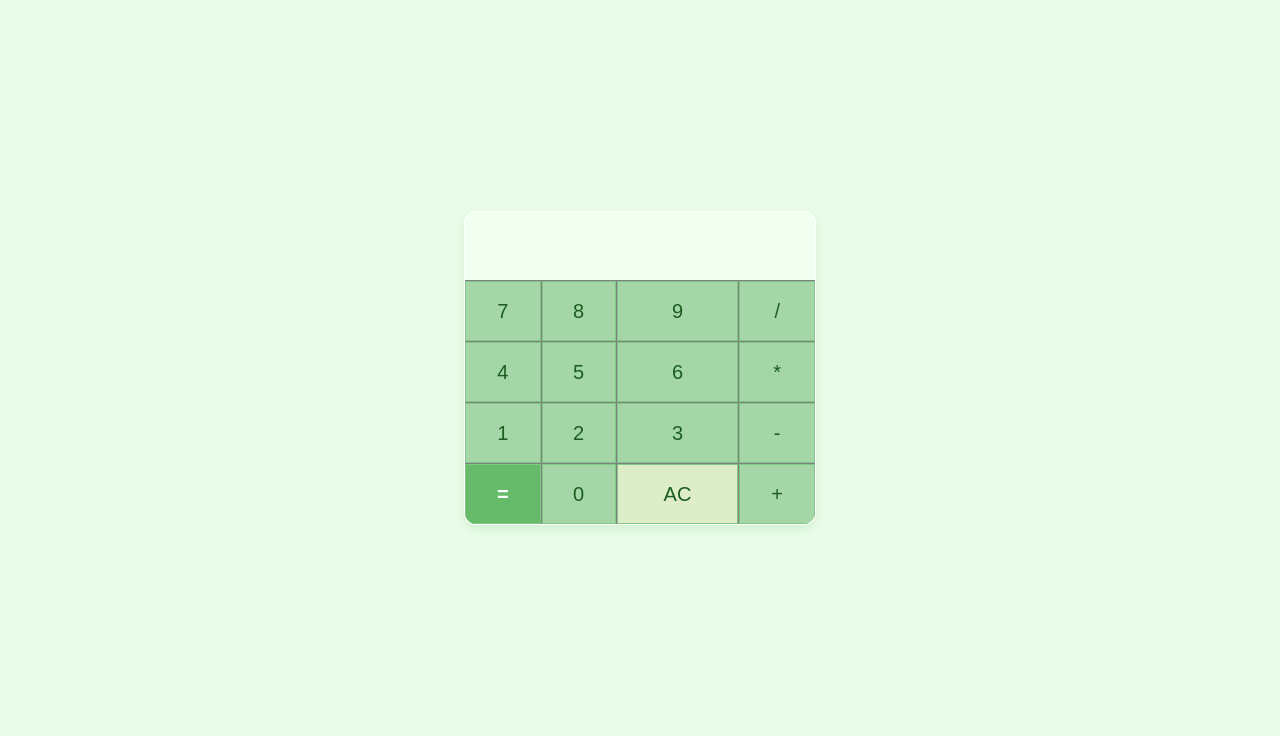
Repository: Yejin-source/st-work
Page: join/src/main/webapp/cal.html
These files come from the project's save history. The page is drawn as it stood at one moment and after the next save; the edit follows.
The browser window is 1280 px wide. The pictures show the whole page.

Above is the page before, as saved 2025-04-30 08:48:39.

### join/src/main/webapp/cal.html
<!DOCTYPE html>
<html>
<head>
<meta charset="UTF-8">
<title>Insert title here</title>
  <style>
    body {
      background-color: #e9fce9; /* 아주 연한 초록-민트 */
      font-family: 'Segoe UI', sans-serif;
      display: flex;
      justify-content: center;
      align-items: center;
      height: 100vh;
    }

    table {
      border-collapse: collapse;
      background-color: #ffffff;
      border-radius: 12px;
      box-shadow: 0 4px 10px rgba(0, 128, 0, 0.1);
      overflow: hidden;
    }

    input[type="text"] {
      width: 100%;
      padding: 20px;
      font-size: 24px;
      border: none;
      background-color: #f0fff0;
      text-align: right;
      color: #2e7d32;
    }

    td {
      padding: 0;
    }

    button {
      width: 100%;
      height: 60px;
      font-size: 20px;
      background-color: #a5d6a7; /* 밝은 연두 */
      border: 1px solid #81c784;
      color: #1b5e20;
      cursor: pointer;
      transition: 0.2s;
    }

    button:hover {
      background-color: #81c784; /* 좀 더 진한 연두 */
    }

    #equal {
      background-color: #66bb6a;
      color: white;
      font-weight: bold;
    }

    #equal:hover {
      background-color: #388e3c;
    }

    #back {
      background-color: #dcedc8;
    }

    #back:hover {
      background-color: #aed581;
    }
  </style>


</head>
<body>
	<table border="1">
		<tr>
			<td colspan="4"><input type="text" id="result"></td>
		</tr>
		<tr>
			<td><button type="button" id="seven">7</button></td>
			<td><button type="button" id="eight">8</button></td>
			<td><button type="button" id="nine">9</button></td>
			<td><button type="button" id="divide">/</button></td>
		</tr>
		<tr>
			<td><button type="button" id="four">4</button></td>
			<td><button type="button" id="five">5</button></td>
			<td><button type="button" id="six">6</button></td>
			<td><button type="button" id="multiple">*</button></td>
		</tr>
		<tr>
			<td><button type="button" id="one">1</button></td>
			<td><button type="button" id="two">2</button></td>
			<td><button type="button" id="three">3</button></td>
			<td><button type="button" id="minus">-</button></td>
		</tr>
		<tr>
			<td><button type="button" id="equal">=</button></td>
			<td><button type="button" id="zero">0</button></td>
			<td><button type="button" id="back">AC</button></td>
			<td><button type="button" id="plus">+</button></td>
		</tr>
	</table>
	<script>
		// 콜백함수: 매개변수로 전달하는 함수

		/*
			let zeroClick = function() {
				alert('zeroClick');
			}
		*/

		let result = '';

		// 0 입력
		document.querySelector('#zero').addEventListener('click', function() { // ('이벤트 이름', 콜백함수)
			if(result == 0) {
				alert('0으로 시작할 수 없습니다.');
				return;
			}
			result = result + 0;
			document.querySelector('#result').value = result;
		});

		// 1 입력
		document.querySelector('#one').addEventListener('click', function() {
			result = result + 1;
			document.querySelector('#result').value = result;
		});

		// 2 입력
		document.querySelector('#two').addEventListener('click', function() {
			result = result + 2;
			document.querySelector('#result').value = result;
		});

		// 3 입력
		document.querySelector('#three').addEventListener('click', function() {
			result = result + 3;
			document.querySelector('#result').value = result;
		});

		// 4 입력
		document.querySelector('#four').addEventListener('click', function() {
			result = result + 4;
			document.querySelector('#result').value = result;
		});

		// 5 입력
		document.querySelector('#five').addEventListener('click', function() {
			result = result + 5;
			document.querySelector('#result').value = result;
		});

		// 6 입력
		document.querySelector('#six').addEventListener('click', function() {
			result = result + 6;
			document.querySelector('#result').value = result;
		});

		// 7 입력
		document.querySelector('#seven').addEventListener('click', function() {
			result = result + 7;
			document.querySelector('#result').value = result;
		});

		// 8 입력
		document.querySelector('#eight').addEventListener('click', function() {
			result = result + 8;
			document.querySelector('#result').value = result;
		});

		// 9 입력
		document.querySelector('#nine').addEventListener('click', function() {
			result = result + 9;
			document.querySelector('#result').value = result;
		});


		// 나누기 연산자
		document.querySelector('#divide').addEventListener('click', function() {
			if(isNaN(result[result.length-1])) { // result의 마지막 글자가 연산자라면 | isNaN() 함수: 숫자면 false 반환
				alert('연산자를 연속으로 입력할 수 없습니다.');
				return;
			}
			result = result + '/';
			document.querySelector('#result').value = result;
		});

		// 곱하기 연산자
		document.querySelector('#multiple').addEventListener('click', function() {
			if(isNaN(result[result.length-1])) { // result의 마지막 글자가 연산자라면
				alert('연산자를 연속으로 입력할 수 없습니다.');
				return;
			}
			result = result + '*';
			document.querySelector('#result').value = result;
		});

		// 빼기 연산자
		document.querySelector('#minus').addEventListener('click', function() {
			if(isNaN(result[result.length-1])) { // result의 마지막 글자가 연산자라면
				alert('연산자를 연속으로 입력할 수 없습니다.');
				return;
			}
			result = result + '-';
			document.querySelector('#result').value = result;
		});

		// 더하기 연산자
		document.querySelector('#plus').addEventListener('click', function() {
			if(isNaN(result[result.length-1])) { // result의 마지막 글자가 연산자라면
				alert('연산자를 연속으로 입력할 수 없습니다.');
				return;
			}
			result = result + '+';
			document.querySelector('#result').value = result;
		});


		// 한 글자 지우기
		document.querySelector('#back').addEventListener('click', function() {
			if(isNaN(result[result.length-1])) { // result의 마지막 글자가 연산자라면
				alert('연산자는 지울 수 없습니다.');
				return;
			}
			result = result.slice(0, -1); // slice() 메서드: 배열이나 문자열에서 일부분을 잘라내는 메서드
			// result.slice(start, end) -> end: 끝 인덱스는 미포함
			document.querySelector('#result').value = result;
		});


		// result 문자 전체를 파싱해서 연산해서 결과
	</script>
</body>
</html>

After the next save:
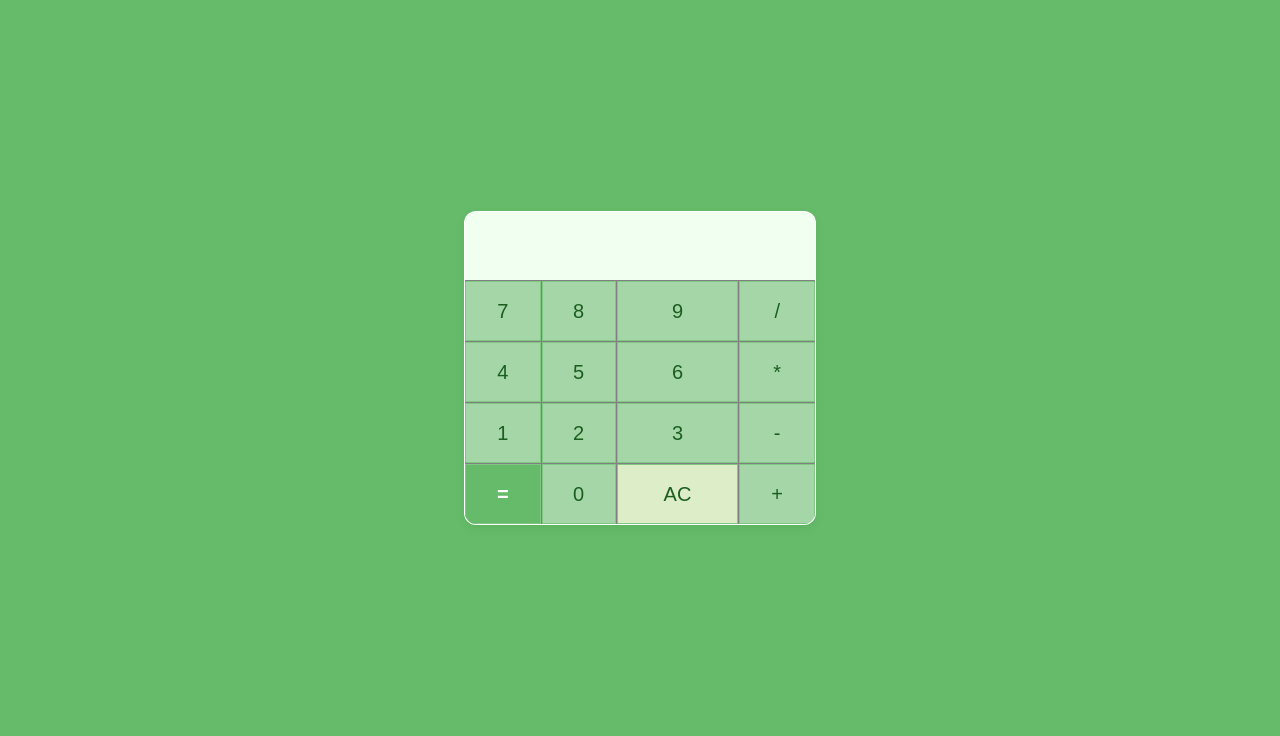
Saved 63 s later.
--- a/join/src/main/webapp/cal.html
+++ b/join/src/main/webapp/cal.html
@@ -5,7 +5,7 @@
 <title>Insert title here</title>
   <style>
     body {
-      background-color: #e9fce9; /* 아주 연한 초록-민트 */
+      background-color: #66bb6a; /* 아주 연한 초록-민트 */
       font-family: 'Segoe UI', sans-serif;
       display: flex;
       justify-content: center;
